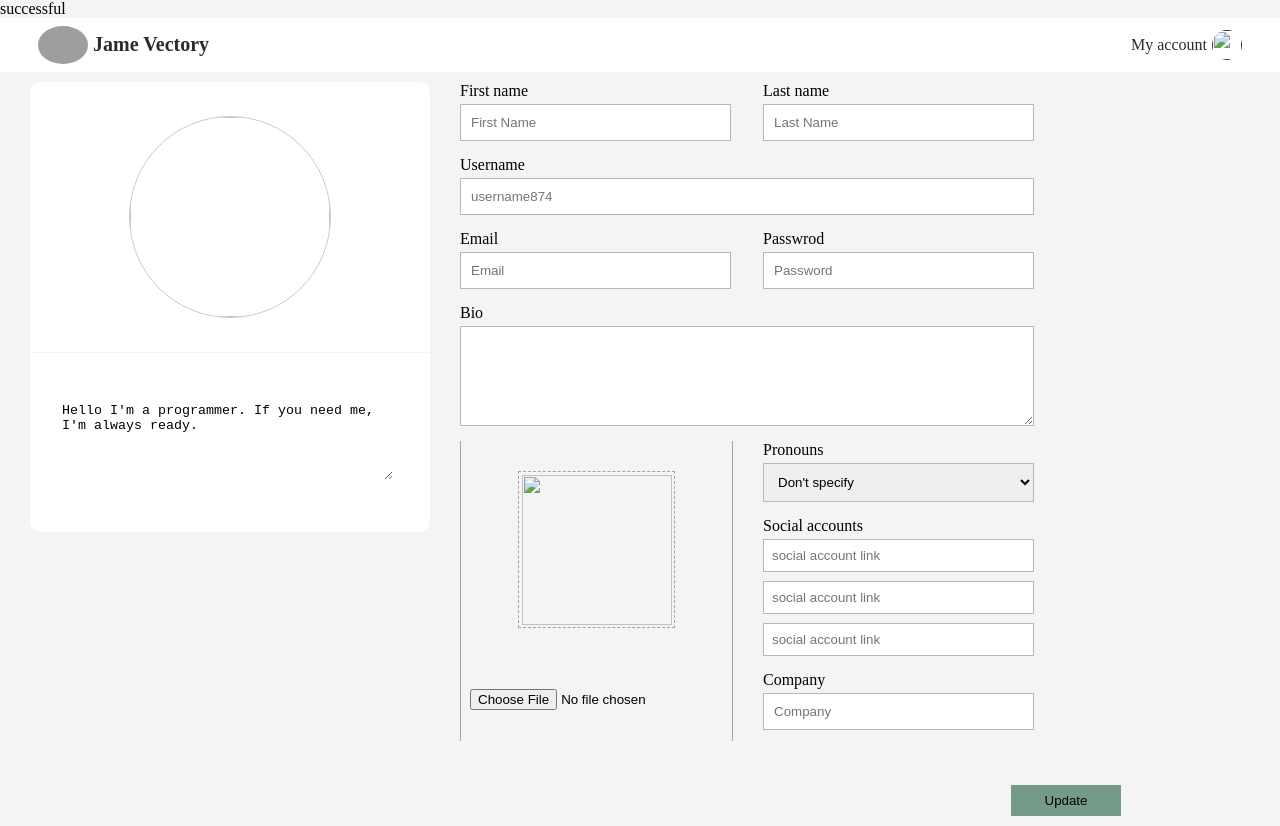
Repository: hsumyatm7308/Dashboard
Page: http://localhost/
The author's editor kept a copy of each file at every save. The page is drawn from the files as they stood at one save, then again after the next save.
The browser window is 1280 px wide. The pictures show the whole page.
Pictures or frames that could not be fetched are drawn as grey boxes. The page is run by PHP 8.4 with error messages shown; the project is at /var/www/html/.

Above is the page before, as saved 2023-07-07 20:55:36.

### task/resources/views/userprofile/index.php
<?php
session_start();

ini_set('display_errors', false);

$dbhost = 'localhost';
$dbusername = 'root';
$dbpass = '';
$dbname = 'hmmdb';

try {
    $conn = new PDO("mysql:host=$dbhost;dbname=$dbname", $dbusername, $dbpass);
    $conn->setAttribute(PDO::ATTR_ERRMODE, PDO::ERRMODE_EXCEPTION);

    echo "successful";

} catch (Exception $e) {
    echo "Error found : " . $e->getMessage();
}

if (!isset($_SESSION['uploaded_file']) && !isset($_SESSION['uploaded_fname']) && !isset($_SESSION['uploaded_lname']) && !isset($_SESSION['uploaded_username'])) {
    $_SESSION['uploaded_file'] = '';
    $_SESSION['uploaded_fname'] = '';
    $_SESSION['uploaded_lname'] = '';
    $_SESSION['uploaded_username'] = '';

}

if ($_SERVER['REQUEST_METHOD'] === 'POST') {
    try {
        $stmt = $conn->prepare("SELECT firstname, lastname, username, bio FROM jamevectory");
        $stmt->execute();
        $row = $stmt->fetch();

        echo $row['firstname'];

        if (isset($_POST['submit'])) {
            $uploaddir = 'assets/img/profile/';
            $extension = pathinfo($_FILES['profile']['name'], PATHINFO_EXTENSION);
            $filename = uniqid() . '.' . $extension;
            $uploadfile = $uploaddir . $filename;

            if (move_uploaded_file($_FILES['profile']['tmp_name'], $uploadfile)) {
                $_SESSION['uploaded_file'] = $uploadfile;
                $_SESSION['uploaded_fname'] = $row['firstname'];
                $_SESSION['uploaded_lname'] = $row['lastname'];
                $_SESSION['uploaded_username'] = $row['username'];
            }
        }

    } catch (Exception $e) {
        echo "Error Found : " . $e->getMessage();
    }
}

$uploadfile = $_SESSION['uploaded_file'];
$row['firstname'] = $_SESSION['uploaded_fname']  ;
$row['lastname'] = $_SESSION['uploaded_lname'] ;
$row['username'] = $_SESSION['uploaded_username'];

?>


<!DOCTYPE html>
<html>

<head>
    <title>My Profile</title>
    <link rel="stylesheet" href="./css/style.css">
</head>

<body>
    <header>

        <nav>

                <div>
                    <a href="" class="logo-brand">
                        <img src="./assets/img/mylogo.jpg" alt="" width="50px" style="border-radius: 50%;">
                        <span>Jame Vectory</span>
                    </a>
                </div>

                <div>
                    <a href="" class="profile-account">
                        <span>My account</span>
                        <img src="<?php echo $uploadfile ?>" alt="" width="30px" style="border-radius: 50%;">
                    </a>
                </div>


        </nav>

    </header>
    <section>
        <div class="user-account-edit">

            <div class="user-profile">
                <div>
                    <form action="index.php" method='post' enctype='multipart/formdata' class="profile-display">
                        <div class="profile-display-img">

                            <div class="img">
                                <img src="<?php echo $uploadfile ?>" alt="" width="200px" style="border-radius: 50%;">
                            </div>


                        </div>


                        <div class="profile-display-name">
                            <h3 class="dispalyname"><span><?= $row['firstname'] ?></span> <span> <?= $row['lastname'] ?></span></h3>
                            <p><?= $row['username'] ?></p>
                        </div>

                        <div class="profile-display-bio">
                            <textarea name="displaybio" rows="5" maxlength="150">Hello I'm a programmer. If you need me, I'm always ready.
                        </textarea>
                        </div>
                    </form>


                </div>
            </div>

            <div class="user-edit-content">
                <div class="edit-form">
                    <form action="<?php echo $_SERVER["PHP_SELF"] ?>" method="post" enctype="multipart/form-data">
                        <div class="user-form-name">
                            <div>
                                <label for="">First name</label>
                                <input type="text" name="userprofilefirstname" id="userprofilefirstname"
                                    class="form-control" placeholder="First Name">
                            </div>
                            <div>
                                <label for="">Last name</label>
                                <input type="text" name="userprofilelastname" id="userprofilefirstname"
                                    class="form-control" placeholder="Last Name">
                            </div>
                        </div>

                        <div class="userprofileusername">
                            <label for="">Username</label>
                            <input type="text" name="userprofileusername" id="userprofileusername" class="form-control"
                                placeholder="username874">
                        </div>

                        <div class="user-authanticate">
                            <div>
                                <label for="">Email</label>
                                <input type="text" name="userprofileemail" id="userprofileemail" class="form-control"
                                    placeholder="Email">

                            </div>
                            <div>
                                <label for="">Passwrod</label>
                                <input type="text" name="userprofilepass" id="userprofilepass" class="form-control"
                                    placeholder="Password">
                            </div>
                        </div>

                        <div class="user-bio">
                            <label for="">Bio</label>
                            <br>
                            <textarea name="userprofilebio" id="userprofilebio" maxlength="150"
                                class="form-control"></textarea>
                        </div>


                        <div class="user-selection">
                            <div class="user-img">
                                <div class="img-item">
                                    <img src="<?php echo $uploadfile ?>" alt="" width="150px">


                                </div>
                                <div class="editbtn">
                                    <input type="file" name="profile">
                                </div>
                            </div>

                            <div class="user-options">
                                <div class="user-pronouncs">
                                    <label for="">Pronouns</label>
                                    <br>

                                    <select name="pronouns" id="pronouns" class="form-control">
                                        <option selected>Don't specify</option>
                                        <option value="t">They/them</option>
                                        <option value="h">He/him</option>
                                        <option value="s">She/her</option>
                                        <option value="c">Custom</option>
                                    </select>

                                </div>


                                <div class="user-socialacc">
                                    <label for="">Social accounts</label>
                                    <br>

                                    <div>
                                        <input type="text" placeholder="social account link" class="form-control">
                                    </div>
                                    <div>
                                        <input type="text" placeholder="social account link" class="form-control">
                                    </div>
                                    <div>
                                        <input type="text" placeholder="social account link" class="form-control">
                                    </div>

                                </div>

                                <div class="user-company">
                                    <label for="">Company</label>
                                    <br>

                                    <div>
                                        <input type="text" placeholder="Company" class="form-control">
                                    </div>


                                </div>





                            </div>


                        </div>

                        <div class="update-button">
                            <div>

                            </div>
                            <button type="submit" name="submit">
                                Update
                            </button>

                        </div>
                    </form>
                </div>
            </div>
        </div>
    </section>
</body>

</html>



<!--

CREATE TABLE IF NOT EXISTS jamevectory(
 id INT AUTO_INCREMENT PRIMARY KEY,
 firstname VARCHAR(255) NOT NULL,
  lastname VARCHAR(255) NOT NULL,
    username VARCHAR(255) NOT NULL,
    email VARCHAR(255) NOT NULL,
    password INT NOT NULL,
    bio VARCHAR(255),
    pronouns VARCHAR(255),
    company VARCHAR(255)


) -->

### task/resources/views/userprofile/css/style.css
body {
    background: #f4f4f4f4;
    margin: 0;
    padding: 0;
}

nav {
    /* background: rgb(23, 37, 43); */
    background-color: #ffff;

    display: flex;
    justify-content: space-between;
    align-items: center;

}



.logo-brand,
.profile-account {
    text-decoration: none;
    color: #2b2b2b;

    display: flex;
    justify-content: center;
    align-items: center;
    margin: 0px 30px 0px 30px;
    padding: 8px;
}

.logo-brand {
    font-size: 20px;
    font-weight: 800
}



.logo-brand span,
.profile-account span {
    margin: 0px 5px 0px 5px;
}



.user-account-edit {
    width: 100%;

    display: grid;
    grid-template-columns: 1fr 2fr;
    /* column-gap: 80px; */
    margin-top: 10px;

}

.user-profile,.user-edit-content  {

    width: 100%;
    height: 100vh;
    background-color: #f4f4f4;

    display: flex;

    align-items: start;

}

.profile-display{
    width: 400px;
    height: 450px;
    background-color: #ffffff;
    border-radius: 10px;
    margin: 0px 30px 0px 30px;


}

.profile-display-img{
    width: 100%;
    height: 60%;
    display: flex;
    justify-content: center;
    align-items: center;
    border-bottom: 1px solid #f4f4f4;
}

.profile-display-img .img{
    width: 200px;
    height: 200px;
    border: 1px solid #cdc9c9;
    border-radius: 50%;
}

.profile-display-name{
    width: 100%;


    line-height: 1px;
    margin: 0px 20px 0px 20px;

    padding: 10px;
}



.profile-display-name p{
    color: #aaa0a0;
}

.profile-display-bio{


    margin:0px 20px 0 20px;


    padding: 10px;
}

.profile-display-bio textarea{
    width: 98%;
    border: none;
}


.edit-form{
    width: 70%;
    height: inherit;
    justify-self: start;
    /* background-color: #ffff; */
}

.user-form-name,.user-authanticate,.user-selection{
    display: grid;
    grid-template-columns: 1fr 1fr;
    grid-gap: 2em;
    /* background-color: #2b2b2b; */
}

.user-form-name .form-control,.user-authanticate .form-control{
    width: 100%;
}

.form-control{
    border: 1px solid #bcb5b5;


    padding: 10px ;
    margin-bottom: 15px;
    margin-top: 4px;
}



.userprofileusername input{
    width: 100%;
}

.user-bio textarea{
    width: 100%;
    height: 100px;
}


.user-img{
    width: 100%;
    height: 300px;
    border: 1px solid #aaa0a0;
    border-top: none;
    border-bottom: none;

   display: grid;
   place-items:center ;

}

.user-img .img-item{
   width: 155px;
   height: 155px;
   border: 1px dashed #aaa0a0;
   display: flex;
   justify-content: center;
   align-items: center;
}

.editbtn button{
   width: 150px;
   padding: 5px 10px ;
}

.user-pronouncs .form-control,.user-socialacc .form-control,.user-company .form-control{
    width: 100%;

}

.user-socialacc .form-control{
    margin-bottom: 5px;
    padding: 8px;
}

.user-company{
    margin-top: 10px;
}


.update-button{
    display: grid;
    grid-template-columns: 1fr 1fr;

    margin-top: 30px;

    padding: 10px;
}

.update-button button{
    width: 110px;
    padding: 8px;
    transform: translate(240%);
    background: #769a88;
    border: none;


}

After the next save:
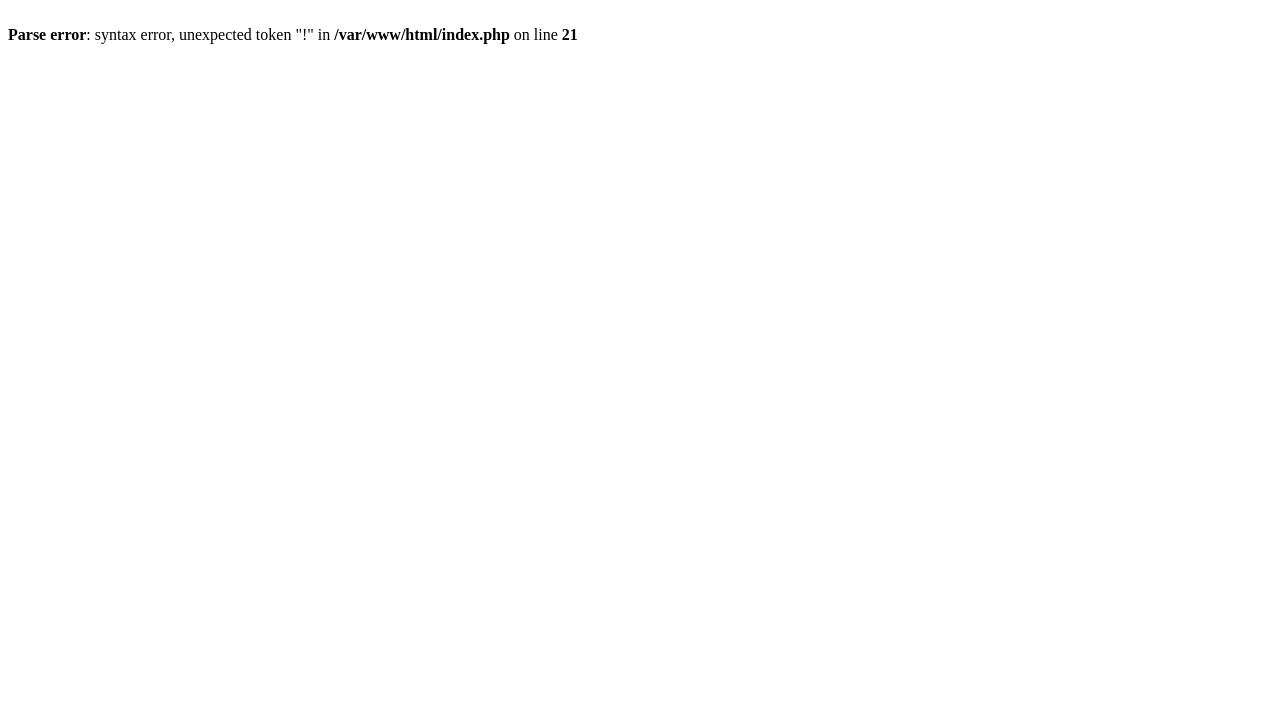
Saved 80 s later.
--- a/task/resources/views/userprofile/index.php
+++ b/task/resources/views/userprofile/index.php
@@ -18,11 +18,15 @@
     echo "Error found : " . $e->getMessage();
 }
 
-if (!isset($_SESSION['uploaded_file']) && !isset($_SESSION['uploaded_fname']) && !isset($_SESSION['uploaded_lname']) && !isset($_SESSION['uploaded_username'])) {
+if (!isset($_SESSION['uploaded_file'])  !isset($_SESSION['uploaded_lname']) && !isset($_SESSION['uploaded_username'])) {
     $_SESSION['uploaded_file'] = '';
-    $_SESSION['uploaded_fname'] = '';
     $_SESSION['uploaded_lname'] = '';
     $_SESSION['uploaded_username'] = '';
+
+}
+
+if(!isset($_SESSION['uploaded_fname'])){
+    $_SESSION['uploaded_fname'] = '';
 
 }
 

After the save that followed:
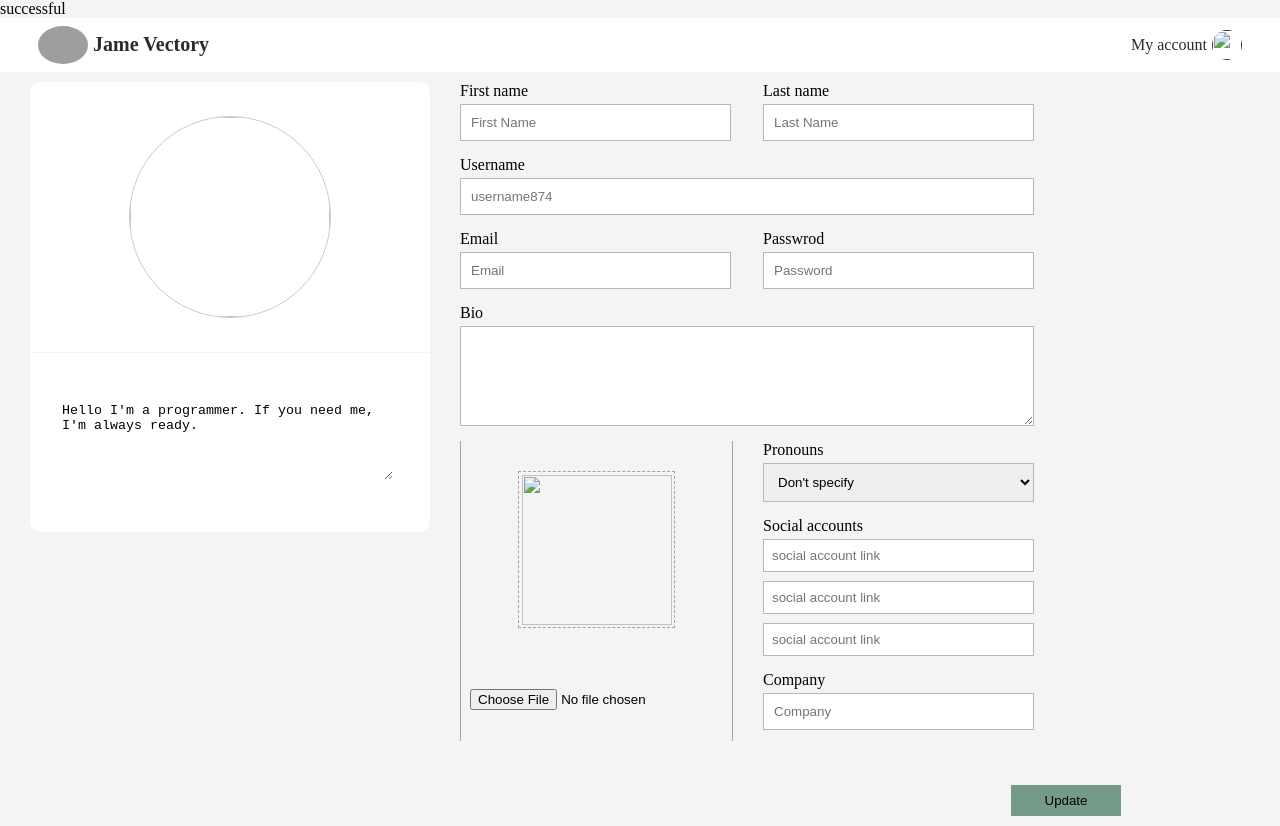
Saved 34 s later.
--- a/task/resources/views/userprofile/index.php
+++ b/task/resources/views/userprofile/index.php
@@ -18,15 +18,23 @@
     echo "Error found : " . $e->getMessage();
 }
 
-if (!isset($_SESSION['uploaded_file'])  !isset($_SESSION['uploaded_lname']) && !isset($_SESSION['uploaded_username'])) {
+if (!isset($_SESSION['uploaded_file'])  ) {
     $_SESSION['uploaded_file'] = '';
-    $_SESSION['uploaded_lname'] = '';
-    $_SESSION['uploaded_username'] = '';
 
 }
 
 if(!isset($_SESSION['uploaded_fname'])){
     $_SESSION['uploaded_fname'] = '';
+
+}
+
+if(!isset($_SESSION['uploaded_lname'])){
+    $_SESSION['uploaded_lname'] = '';
+
+}
+
+if(!isset($_SESSION['uploaded_username'])){
+    $_SESSION['uploaded_username'] = '';
 
 }
 
